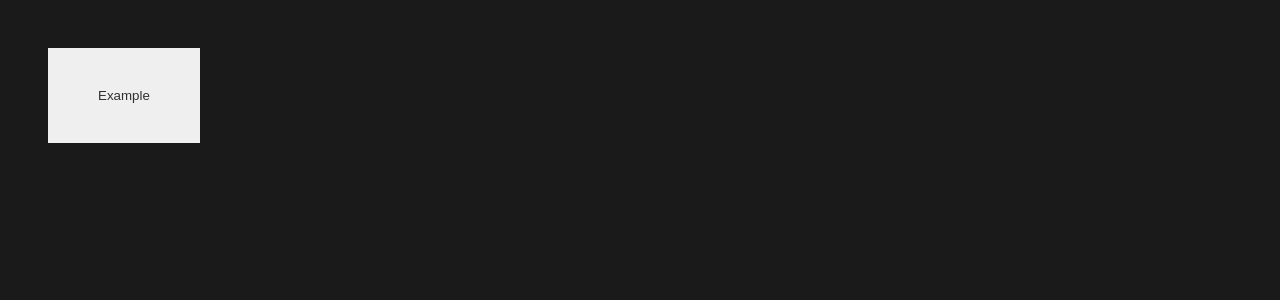
Repository: Folody-Team/Patery-UI
Page: example/index.html
An editor plug-in stored every save of this project. The page is shown before and after the next save, followed by the edit.
The browser window is 1280 px wide. The pictures show the whole page.

Above is the page before, as saved 2022-01-16 22:06:50.

### example/index.html
<!DOCTYPE html>
<html lang="en">
<head>
    <meta charset="UTF-8">
    <meta http-equiv="X-UA-Compatible" content="IE=edge">
    <meta name="viewport" content="width=device-width, initial-scale=1.0">
    <title>Example</title>
    <link rel="stylesheet" href="../patery-ui.css">
    <style>
        body{
            background-color: var(--gray);
        }
    </style>
</head>
<body>
    <PateryPadding class="hello" padV="40px" padH="40px">
        <button padV="40px" padH="50px">Example</button>
    </PateryPadding>
   <script src="../patery.js"></script>
</body>
</html>

### patery-ui.css
/*
    A modern website theme framework and simplified elements. Patery UI was born to simplify and also bring a modern touch, making the website interface more professional. (Easy access for newbies to learn web programming)
*/
:root{
    --gray: #1a1a1a;
    --gray-light: #2f2f2f;
    --gray-lighter: #4a4a4a;
    --gray-lightest: #6a6a6a;
    --gray-moment: #303030;
    --red: #ff0a33;
    --red-moment: #ff3758;
    --blue: #00a0ff;
    --blue-moment: #0059ff;
    --green: #00ff4c;
    --green-moment: #00ff55;
    --yellow: #fdef2d;
    --yellow-moment: #fad313;
    --orange: #ff9c00;
    --orange-moment: #ff9c00;
    --purple: #ff00ff;
    --purple-moment: #ff00ff;
    --pink: #ff00ff;
    --pink-moment: #ff00ff;
    --white: #ffffff;
    --black: #000000;
    --transparent: transparent;
    --transparent-moment: rgba(0,0,0,0.5);
    --transparent-light: rgba(255,255,255,0.5);
    --transparent-dark: rgba(0,0,0,0.5);
    --transparent-lightest: rgba(255,255,255,0.1);
    --transparent-darkest: rgba(0,0,0,0.1);
    --transparent-light-moment: rgba(255,255,255,0.5);
    --transparent-dark-moment: rgba(0,0,0,0.5);
    --transparent-light-lightest: rgba(255,255,255,0.1);
    --transparent-dark-darkest: rgba(0,0,0,0.1);
    --transparent-light-light: rgba(255,255,255,0.2);
    --transparent-dark-dark: rgba(0,0,0,0.2);
}
button{
    cursor: pointer;
    border-style: none;
    color: var(--gray-moment);
}

### patery.js
const PateryPadding = document.querySelector('PateryPadding');
const div = document.createElement('div');
// get all attributes from the PateryPadding element
const attributes = PateryPadding.attributes;
// set all attributes to the div element
for (let i = 0; i < attributes.length; i++) {
    div.setAttribute(attributes[i].name, attributes[i].value);
}
// move all children from the PateryPadding element to the div element
while (PateryPadding.firstChild) {
    div.appendChild(PateryPadding.firstChild);
}
// replace the PateryPadding element with the div element
PateryPadding.parentNode.replaceChild(div, PateryPadding);
(async () => {
    // if 403, return
    if (document.body.innerHTML.includes('403 Forbidden')) return;
    // if 404, return
    if (document.title.includes('404')) return;
    // create a padding element tag
    document.querySelectorAll("*").forEach(function(e) {
        // custom attributes
        if (e.hasAttribute('padV')) {
            // remove this attribute
            new Promise(function(resolve, reject) {
                const padV = e.getAttribute('padV');
                resolve(padV);

            }).then(function(padV) {
                e.style.paddingTop = padV;
                e.style.paddingBottom = padV;
                e.removeAttribute('padV');
            });
        }
        if (e.hasAttribute('padH')) {
            // remove this attribute
            new Promise(function(resolve, reject) {
                const padH = e.getAttribute('padH');
                resolve(padH);

            }).then(function(padH) {
                e.style.paddingLeft = padH;
                e.style.paddingRight = padH;
                e.removeAttribute('padH');
            });


        }

    });
})();

After the next save:
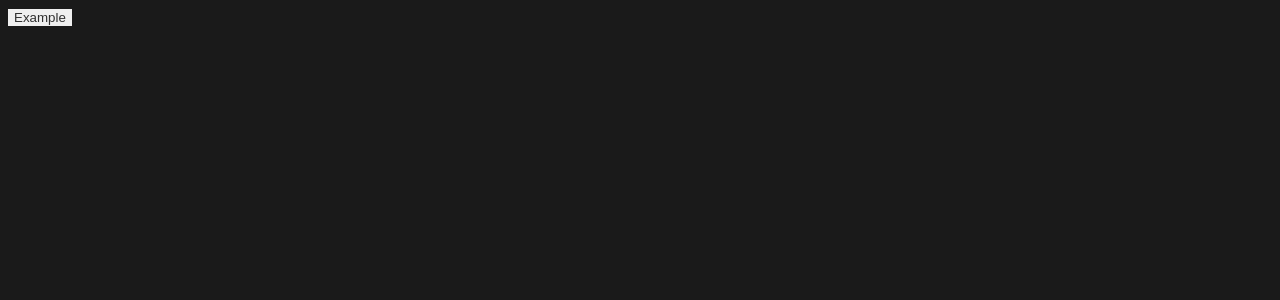
Console error: SyntaxError: missing ) after argument list
Saved 8 min 29 s later.
--- a/patery.js
+++ b/patery.js
@@ -1,51 +1 @@
-const PateryPadding = document.querySelector('PateryPadding');
-const div = document.createElement('div');
-// get all attributes from the PateryPadding element
-const attributes = PateryPadding.attributes;
-// set all attributes to the div element
-for (let i = 0; i < attributes.length; i++) {
-    div.setAttribute(attributes[i].name, attributes[i].value);
-}
-// move all children from the PateryPadding element to the div element
-while (PateryPadding.firstChild) {
-    div.appendChild(PateryPadding.firstChild);
-}
-// replace the PateryPadding element with the div element
-PateryPadding.parentNode.replaceChild(div, PateryPadding);
-(async () => {
-    // if 403, return
-    if (document.body.innerHTML.includes('403 Forbidden')) return;
-    // if 404, return
-    if (document.title.includes('404')) return;
-    // create a padding element tag
-    document.querySelectorAll("*").forEach(function(e) {
-        // custom attributes
-        if (e.hasAttribute('padV')) {
-            // remove this attribute
-            new Promise(function(resolve, reject) {
-                const padV = e.getAttribute('padV');
-                resolve(padV);
-
-            }).then(function(padV) {
-                e.style.paddingTop = padV;
-                e.style.paddingBottom = padV;
-                e.removeAttribute('padV');
-            });
-        }
-        if (e.hasAttribute('padH')) {
-            // remove this attribute
-            new Promise(function(resolve, reject) {
-                const padH = e.getAttribute('padH');
-                resolve(padH);
-
-            }).then(function(padH) {
-                e.style.paddingLeft = padH;
-                e.style.paddingRight = padH;
-                e.removeAttribute('padH');
-            });
-
-
-        }
-
-    });
-})();
+(async () => { const P = document.querySelector('PateryPadding'); const D = document.createElement('div');const A = P.attributes; for (let i = 0; i < A.length; i++) { D.setAttribute(A[i].name, A[i].value);} while (P.firstChild) { D.appendChild(P.firstChild);} P.parentNode.replaceChild(D, P);})();(async () => { if (document.body.innerHTML.includes('403 Forbidden')) return; if (document.title.includes('404')) return;document.querySelectorAll("*").forEach(function(e) {if (e.hasAttribute('padV')) {new Promise(function(resolve, reject) { const padV = e.getAttribute('padV'); resolve(padV);}).then(function(padV) {e.style.paddingTop = padV; e.style.paddingBottom = padV; e.removeAttribute('padV');});};if (e.hasAttribute('padH')) { new Promise(function(resolve, reject) { const padH = e.getAttribute('padH'); resolve(padH);}).then(function(padH){e.style.paddingLeft = padH;e.style.paddingRight = padH;e.removeAttribute('padH');});};};);};)();

After the 2 saves that followed:
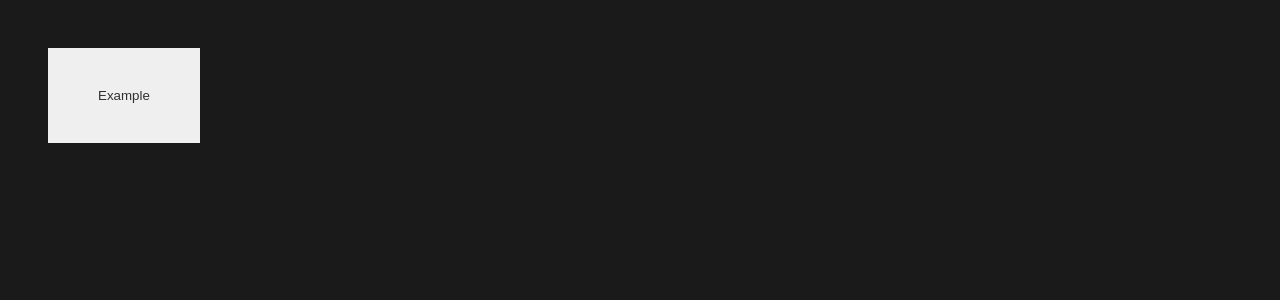
The error is gone.
The 2 saves are shown as one change because 1 left the picture as it was.
The last was saved 2 min 9 s later.
--- a/patery.js
+++ b/patery.js
@@ -1 +1,45 @@
-(async () => { const P = document.querySelector('PateryPadding'); const D = document.createElement('div');const A = P.attributes; for (let i = 0; i < A.length; i++) { D.setAttribute(A[i].name, A[i].value);} while (P.firstChild) { D.appendChild(P.firstChild);} P.parentNode.replaceChild(D, P);})();(async () => { if (document.body.innerHTML.includes('403 Forbidden')) return; if (document.title.includes('404')) return;document.querySelectorAll("*").forEach(function(e) {if (e.hasAttribute('padV')) {new Promise(function(resolve, reject) { const padV = e.getAttribute('padV'); resolve(padV);}).then(function(padV) {e.style.paddingTop = padV; e.style.paddingBottom = padV; e.removeAttribute('padV');});};if (e.hasAttribute('padH')) { new Promise(function(resolve, reject) { const padH = e.getAttribute('padH'); resolve(padH);}).then(function(padH){e.style.paddingLeft = padH;e.style.paddingRight = padH;e.removeAttribute('padH');});};};);};)();
+const P = document.querySelector('PateryPadding');
+const D = document.createElement('div');
+const A = P.attributes;
+for (let i = 0; i < A.length; i++) {
+    D.setAttribute(A[i].name, A[i].value);
+} while (P.firstChild) {
+    D.appendChild(P.firstChild);
+} P.parentNode.replaceChild(D, P);
+(async () => {
+    // if 403, return
+    if (document.body.innerHTML.includes('403 Forbidden')) return;
+    // if 404, return
+    if (document.title.includes('404')) return;
+    // create a padding element tag
+    document.querySelectorAll("*").forEach(function(e) {
+        // custom attributes
+        if (e.hasAttribute('padV')) {
+            // remove this attribute
+            new Promise(function(resolve, reject) {
+                const padV = e.getAttribute('padV');
+                resolve(padV);
+
+            }).then(function(padV) {
+                e.style.paddingTop = padV;
+                e.style.paddingBottom = padV;
+                e.removeAttribute('padV');
+            });
+        }
+        if (e.hasAttribute('padH')) {
+            // remove this attribute
+            new Promise(function(resolve, reject) {
+                const padH = e.getAttribute('padH');
+                resolve(padH);
+
+            }).then(function(padH) {
+                e.style.paddingLeft = padH;
+                e.style.paddingRight = padH;
+                e.removeAttribute('padH');
+            });
+
+
+        }
+
+    });
+})();
